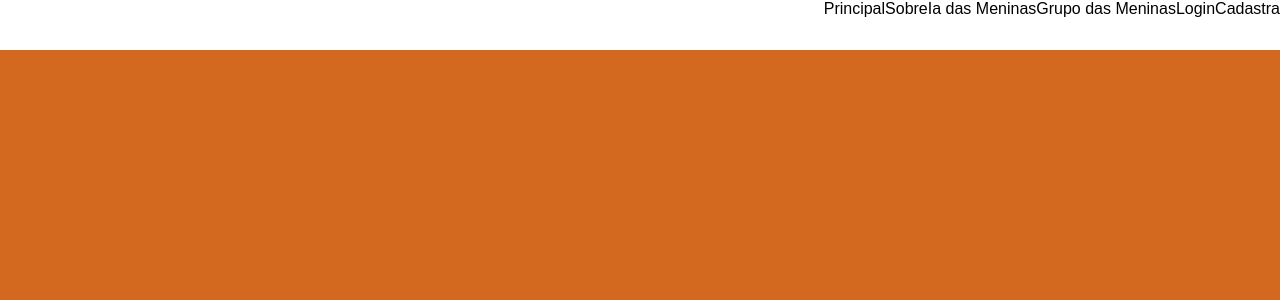
Repository: joaobatistafrontend/pref
Page: http://localhost/
These files come from the project's save history. The page is drawn as it stood at one moment and after a run of saves; the edit follows.
The browser window is 1280 px wide. The pictures show the whole page.
The page is served by the project's application, run on Django 4.2 (manage.py). Other server files are loaded and not shown.

Above is the page before, as saved 2024-07-26 14:55:01.

### templates/index.html
{% load  static %}
<!DOCTYPE html>
<html lang="en">
<head>
    <meta charset="UTF-8">
    <meta name="viewport" content="width=device-width, initial-scale=1.0">
    <title>Document</title>

    {% load static %}
    <link rel="stylesheet" href="{% static 'css/index.css' %}"></head>
<body>
        <nav>
            <ul>
                <li><a href="">Principal</a></li>
                <li><a href="">Sobre</a></li>
                <li><a href="">Ia das Meninas</a></li>
                <li><a href="">Grupo das Meninas</a></li>
                <li><a href="">Login</a></li>
                <li><a href="">Cadastra</a></li>
            </ul>
        </nav>
</body>
</html>

### chat_app/views.py
#https://espere.in/Build-your-chatbot-with-the-power-of-Gemini-API-using-Django/
from django.shortcuts import render, reverse
from django.contrib.auth.decorators import login_required
from .models import ChatBot
from django.http import HttpResponseRedirect, JsonResponse
import google.generativeai as genai
from .treinamentos import contexto_inicial, contexto_de_estudos
#chave api
genai.configure(api_key="AIzaSyCkg2khwEkqTQ7kYa8gVzsz2bWWpweUEO8")


@login_required
def ask_question(request):
    if request.method == "POST":
        text = request.POST.get("text")#receber o texto do user
        model = genai.GenerativeModel("gemini-pro")#modelo da ia

        chat = model.start_chat()#iniciar um chat

        #receber o texto do usuario como parametro
        response = chat.send_message(f"O assunto que vamos conversar é sobre responder perguntas frequentes e prestar suporte a assuntos relacionados às políticas públicas voltadas para as mulheres. Tenha conhecimento e forneça aconselhamento acessível para o {user}. Use as seguintes leis e contextos para ajudar: {contexto_inicial} e {contexto_de_estudos}. Foque em dados do Ceará. Mantenha o foco em responder perguntas frequentes e prestar suporte a assuntos relacionados às políticas públicas voltadas para as mulheres."
)
        user = request.user #ususario
        ChatBot.objects.create(text_input=text, gemini_output=response.text, user=user)#criar um batepapo

        response_data = {#extrair apenas a resposta
            "text": response.text,  #tranforma a resposta em texto
        }
        return JsonResponse({"data": response_data})
    else:
        return HttpResponseRedirect(
            reverse("chat")
        )


@login_required
def chat(request):
    user = request.user #saber o user autenticado
    chats = ChatBot.objects.filter(user=user)
    return render(request, "chat_bot.html", {"chats": chats})

def index(request):

    return render(request, "index.html")

### chatbot/urls.py

from django.contrib import admin
from django.urls import path, include

urlpatterns = [
    path('admin/', admin.site.urls),
    path('', include('chat_app.urls'))
]

### chat_app/urls.py

from django.contrib import admin
from django.urls import path, include
from . import views

urlpatterns = [
    path("", views.index, name="index"),
    path("ask_question/", views.ask_question, name="ask_question"),
]

### chat_app/treinamentos.py
#visão geral das políticas públicas para mulheres no Brasil
contexto_inicial = (
    "1. Visão Geral: As políticas públicas para as mulheres no Brasil têm evoluído ao longo dos anos, refletindo mudanças nas normas sociais, avanços no movimento feminista e maior reconhecimento dos direitos das mulheres.\n\n"

    "2. Marcos Históricos:\n"
    "* Criação do Conselho Nacional dos Direitos da Mulher (CNDM) em 1985.\n"
    "* Aprovação da Lei do Divórcio (Lei 6.515/1977) e da Lei dos Crimes Hediondos (Lei 8.072/1990), que incluía o feminicídio como crime hediondo.\n"
    "* Aprovação da Lei de Igualdade Salarial (Lei 7.855/1989).\n"
    "* Criação das Delegacias de Defesa da Mulher.\n\n"

    "3. Leis e Programas Recentes:\n"
    "* Aprovação da Lei Maria da Penha em 2006.\n"
    "* Criação do Programa Bolsa Família em 2003.\n"
    "* Criação do Programa de Assistência Integral à Saúde da Mulher (PAISM).\n"
    "* Política Nacional de Enfrentamento à Violência contra as Mulheres.\n\n"

    "4. Outras Iniciativas Importantes:\n"
    "* Lei de Cotas para Mulheres em Eleições em 1997.\n"
    "* Criação do Programa Pronatec Mulheres em 2011.\n"
    "* Aprovação da Lei do Feminicídio (Lei 13.104/2015).\n\n"

    "5. Medidas Recentes:\n"
    "* Lei da Importunação Sexual (Lei 13.718/2018).\n"
    "* Criação do Ligue 180 em 2013.\n"
    "* Plano Nacional de Políticas para as Mulheres (PNPM).\n"
    "* Política Nacional de Saúde Mental e Direitos das Mulheres.\n"
    "* Medidas para Promover a Igualdade de Gênero no Mercado de Trabalho.\n\n"
)

contexto_de_estudos = (
    "1. Legislação e Normas:\n"
    "  * Leis federais e estaduais: Lei Maria da Penha, Lei do Feminicídio, etc.\n"
    "  * Decretos e portarias.\n"
    "  * Normas técnicas.\n\n"

    "2. Programas e Iniciativas:\n"
    "  * Programas governamentais.\n"
    "  * Iniciativas de ONGs.\n\n"

    "3. Serviços Disponíveis:\n"
    "  * Centros de Atendimento.\n"
    "  * Telefones de Emergência.\n\n"

    "4. Estatísticas e Estudos:\n"
    "  * Dados estatísticos.\n"
    "  * Estudos e pesquisas.\n\n"

    "5. Direitos e Benefícios:\n"
    "  * Direitos das mulheres.\n"
    "  * Benefícios sociais.\n\n"

    "6. Processos e Procedimentos:\n"
    "  * Como acessar serviços.\n"
    "  * Procedimentos legais.\n\n"

    "7. Educação e Capacitação:\n"
    "  * Cursos e treinamentos.\n"
    "  * Campanhas educativas.\n\n"

    "8. Informações Regionais:\n"
    "  * Especificidades locais.\n\n"

    "Fontes de Dados:\n"
    "  * Sites oficiais do governo.\n"
    "  * Organizações internacionais.\n"
    "  * Instituições de pesquisa.\n"
    "  * Documentos legais.\n"
)

### static/css/index.css
*{
    margin: 0;
    padding: 0;
    font-family:sans-serif;
}
body{
    height: 100vh;
    background-color: chocolate;
    /* background: linear-gradient(transparent, #213444); */
    font-family: Arial, Helvetica, sans-serif;

}
nav{
    background-color: #fff;
}

nav ul{
    width: 100%;
    list-style: none;
    display: flex;
    justify-content: flex-end;
    align-items: center;
}
nav li{
    height: 50px;
}
nav a {
    height: 100%;
    padding: o 30px;
    text-decoration: none;
    display: flex;
    align-self: center;
    color: #000;
}

After the next 2 saves:
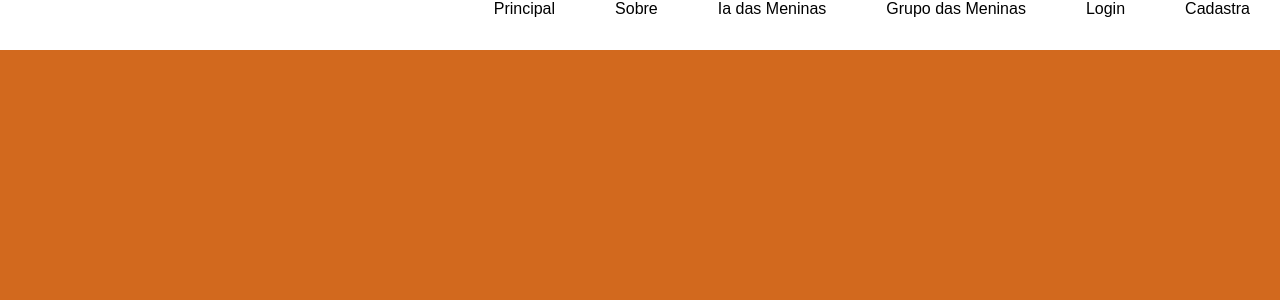
The 2 saves are shown as one change because they came seconds apart.
The last was saved 16 s later.
--- a/static/css/index.css
+++ b/static/css/index.css
@@ -26,7 +26,7 @@
 }
 nav a {
     height: 100%;
-    padding: o 30px;
+    padding: 0 30px;
     text-decoration: none;
     display: flex;
     align-self: center;
